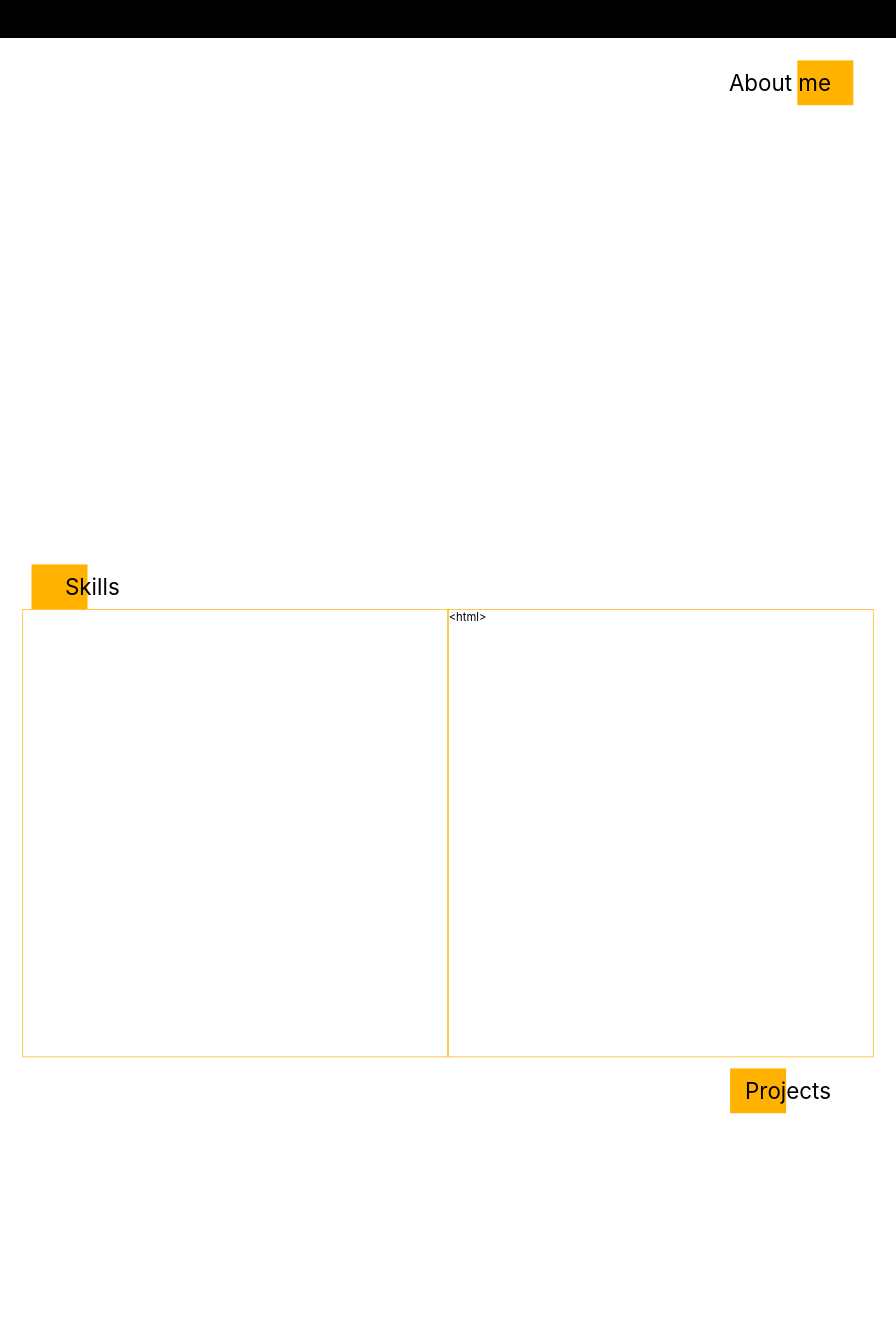
Repository: SebastianArmata22/Portfolio
Page: /
The author's editor kept a copy of each file at every save. The page is drawn from the files as they stood at one save, then again after the next save.
The browser window is 1280 px wide. The pictures show the part of the page from y = 666 to 2586 px (the page is 3664 px tall), at 70% of full size.
The project was rebuilt for these pictures with package versions that can differ from the ones it lists, and the page was loaded fresh each time.

Above is the page before, as saved 2021-02-24 17:35:35.

After the next save:
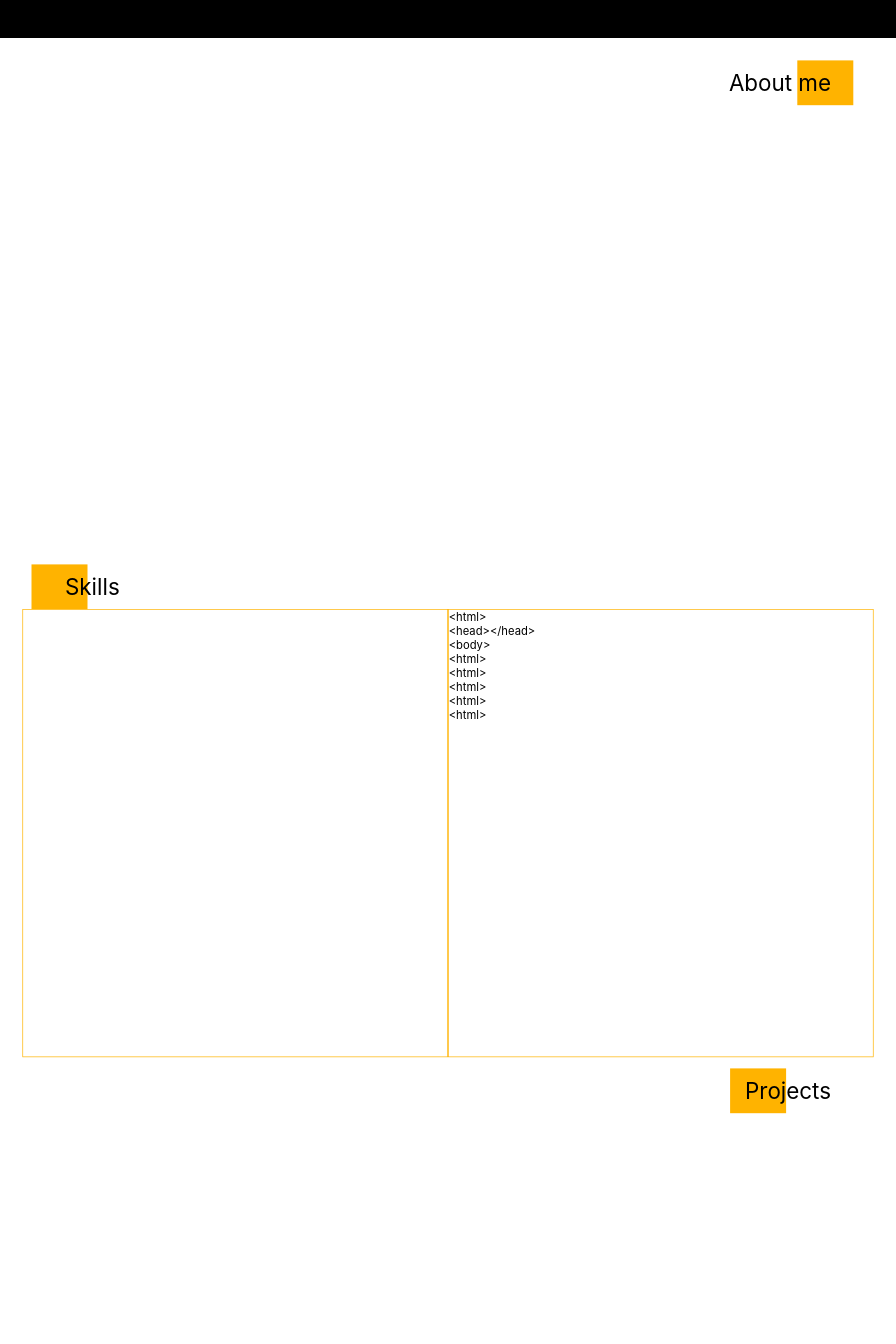
Saved 56 s later.
--- a/src/components/skills/Skills.js
+++ b/src/components/skills/Skills.js
@@ -13,6 +13,13 @@ const Skills = ()=>{
                 <div>
                     <div>
                         <p>{"<html>"}</p>
+                        <p>{"   <head></head>"}</p>
+                        <p>{"   <body>"}</p>
+                        <p>{"<html>"}</p>
+                        <p>{"<html>"}</p>
+                        <p>{"<html>"}</p>
+                        <p>{"<html>"}</p>
+                        <p>{"<html>"}</p>
                     </div>
                     <div>
                     </div>
